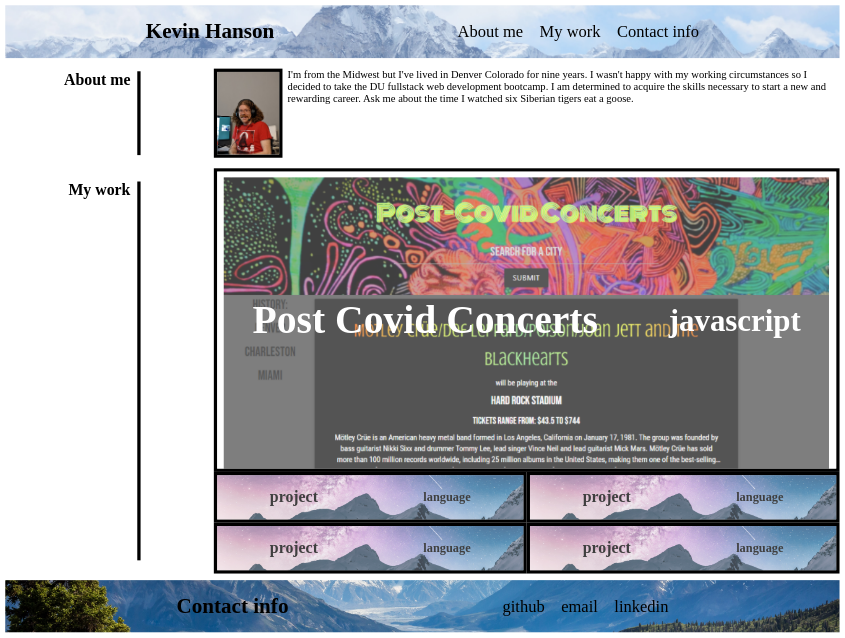
Repository: ziffoit/Projects-Portfolio
Page: index.html
These files come from the project's save history. The page is drawn as it stood at one moment and after the next save; the edit follows.
The browser window is 1280 px wide. The pictures show the whole page, at 66% of full size.

Above is the page before, as saved 2021-04-09 10:21:28.

### index.html
<!DOCTYPE html>
<html lang="en">
  <head>
    <meta charset="UTF-8" />
    <meta name="viewport" content="width=device-width, initial-scale=1.0" />
    <link rel="stylesheet" href="Assets/css/reset.css" />
    <link rel="stylesheet" href="Assets/css/style.css" />
    <title>Kevin Hanson's portfolio</title>
  </head>
  <body>
    <header>
      <h1>Kevin Hanson</h1>
      <ul class="list">
        <li><a href="#About-me">About me</a></li>
        <li><a href="#My-work">My work</a></li>
        <li><a href="#Contact-info">Contact info</a></li>
      </ul>
    </header>
    <main>
      <section id="About-me" class="main">
        <h2>About me</h2>
        <div>
          <p>
            <img
              src="./Assets/PXL_20210210_011935753.MP.jpg"
              alt="GOJIRA! Also me."
            />

            I'm from the Midwest but I've lived in Denver Colorado for nine
            years. I wasn't happy with my working circumstances so I decided to
            take the DU fullstack web development bootcamp. I am determined to
            acquire the skills necessary to start a new and rewarding career.
            Ask me about the time I watched six Siberian tigers eat a goose.
          </p>
        </div>
      </section>
      <section id="My-work" class="main">
        <h2>My work</h2>
        <div class="flex-container">
          <a
            class="flex-item"
            href="https://github.com/ziffoit/concerts-in-covid"
            target="_blank"
          >
            <section class="card" id="main-project">
              <h2>Post Covid Concerts</h2>
              <h3>javascript</h3>
            </section>
          </a>
          <a class="flex-item" href="">
            <section class="card">
              <h2>project</h2>
              <h3>language</h3>
            </section>
          </a>

          <a class="flex-item" href="">
            <section class="card">
              <h2>project</h2>
              <h3>language</h3>
            </section>
          </a>

          <a class="flex-item" href="">
            <section class="card">
              <h2>project</h2>
              <h3>language</h3>
            </section>
          </a>

          <a class="flex-item" href="">
            <section class="card">
              <h2>project</h2>
              <h3>language</h3>
            </section>
          </a>
        </div>
      </section>
    </main>
    <footer id="Contact-info">
      <h1>Contact info</h1>
      <ul class="list">
        <li><a target="_blank" href="https://github.com/ziffoit">github</a></li>
        <li><a target="_blank" href="mailto:ziffoit@gmail.com">email</a></li>
        <li>
          <a
            target="_blank"
            href="https://www.linkedin.com/in/kevin-hanson-516598202/"
            >linkedin</a
          >
        </li>
      </ul>
    </footer>
  </body>
</html>

### Assets/css/style.css
body {
  min-width: 320px;
}
/* header with background image */
header {
  display: flex;
  flex-wrap: wrap;
  justify-content: space-evenly;
  background-image: url("../rohit-tandon-9wg5jCEPBsw-unsplash.jpg");
  background-size: cover;
  background-position: center;
}

/* instead of nav bar */
.list {
  display: flex;
  flex-wrap: wrap;
  list-style: none;
  padding-top: 10px;
}

header a {
  color: black;
  font-size: 25px;
  margin-left: 25px;
}

/* no underline */
a {
  text-decoration: none;
}

/* seperating the main */
.main {
  display: flex;
  flex-direction: row;
  flex-wrap: wrap;
  justify-content: space-between;
  align-items: stretch;
}

/* just the h2 in main */
.main > h2 {
  flex: 0 0 15%;
  text-align: right;
  border-right: 5px solid black;
  padding-right: 10px;
}

.main div {
  flex: 0 0 75%;
}

/* my picture in about me */
img {
  height: 125px;
  margin-right: 8px;
  display: inline-block;
  border: 5px solid black;
}

.main div p {
  display: inline-flex;
}

.flex-container {
  display: flex;
  justify-content: center;
  flex-wrap: wrap;
}

/* project styling */
#main-project {
  background-image: url("../concertApp.png");
  background-size: cover;
  background-position: top;
  display: flex;
  width: 100%;
  height: 100%;
  align-items: center;
  justify-content: space-around;
  color: white;
  font-size: 40px;
}

/* all cards */
.flex-item {
  display: flex;
  align-items: flex-end;
  flex-basis: calc(50% - 10px);
  border: 5px solid black;
}

/* just the big project */
.flex-item:first-child {
  flex-basis: 100%;
  min-height: 450px;
}

/* all other projects */
.card {
  background-image: url("../benjamin-voros-phIFdC6lA4E-unsplash.jpg");
  background-size: cover;
  background-position: center;
  display: flex;
  width: 100%;
  height: 100%;
  align-items: center;
  justify-content: space-around;
  color: black;
  opacity: 0.75;
}

/* visual style */
.card:hover {
  opacity: 1;
}

/* footer with background image */
footer {
  display: flex;
  flex-wrap: wrap;
  justify-content: space-evenly;
  background-image: url("../kalen-emsley-Bkci_8qcdvQ-unsplash.jpg");
  background-size: cover;
  background-position: center;
  margin-top: 10px;
}

footer a {
  color: black;
  font-size: 25px;
  margin-left: 25px;
}

/* screen responsiveness */
@media screen and (max-width: 992px) {
  .card {
    width: 50%;
  }
}

@media screen and (max-width: 768px) {
  .card {
    width: 100%;
  }
}

Loaded but not shown: Assets/css/reset.css (no stored copy; drawn as an empty file)

After the next save:
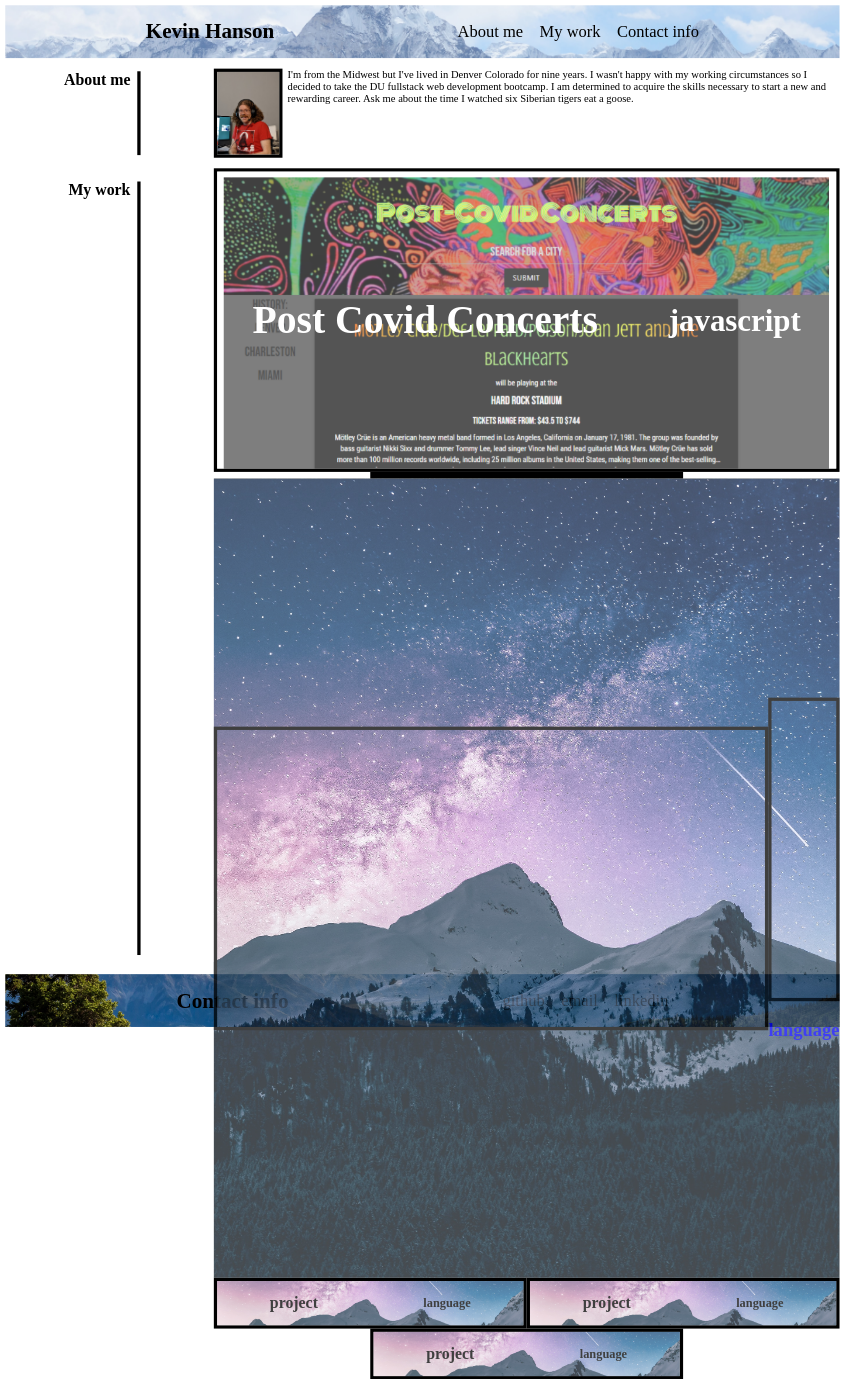
Saved 23 h 40 min later.
--- a/index.html
+++ b/index.html
@@ -49,7 +49,10 @@
           </a>
           <a class="flex-item" href="">
             <section class="card">
-              <h2>project</h2>
+              <h2>
+                <A href="https://ziffoit.github.io/Work-Day_Scheduler/"
+                target="_blank"
+              </h2>
               <h3>language</h3>
             </section>
           </a>

After the save that followed:
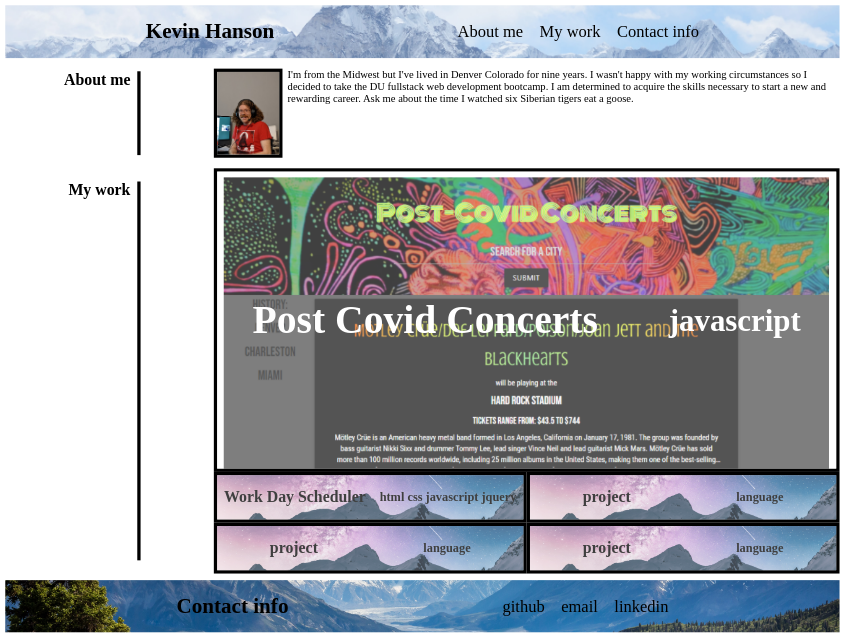
Saved 2 min 28 s later.
--- a/index.html
+++ b/index.html
@@ -47,13 +47,13 @@
               <h3>javascript</h3>
             </section>
           </a>
-          <a class="flex-item" href="">
+          <a
+            class="flex-item"
+            href="https://ziffoit.github.io/Work-Day_Scheduler/"
+          >
             <section class="card">
-              <h2>
-                <A href="https://ziffoit.github.io/Work-Day_Scheduler/"
-                target="_blank"
-              </h2>
-              <h3>language</h3>
+              <h2>Work Day Scheduler</h2>
+              <h3>html css javascript jquery</h3>
             </section>
           </a>
 
